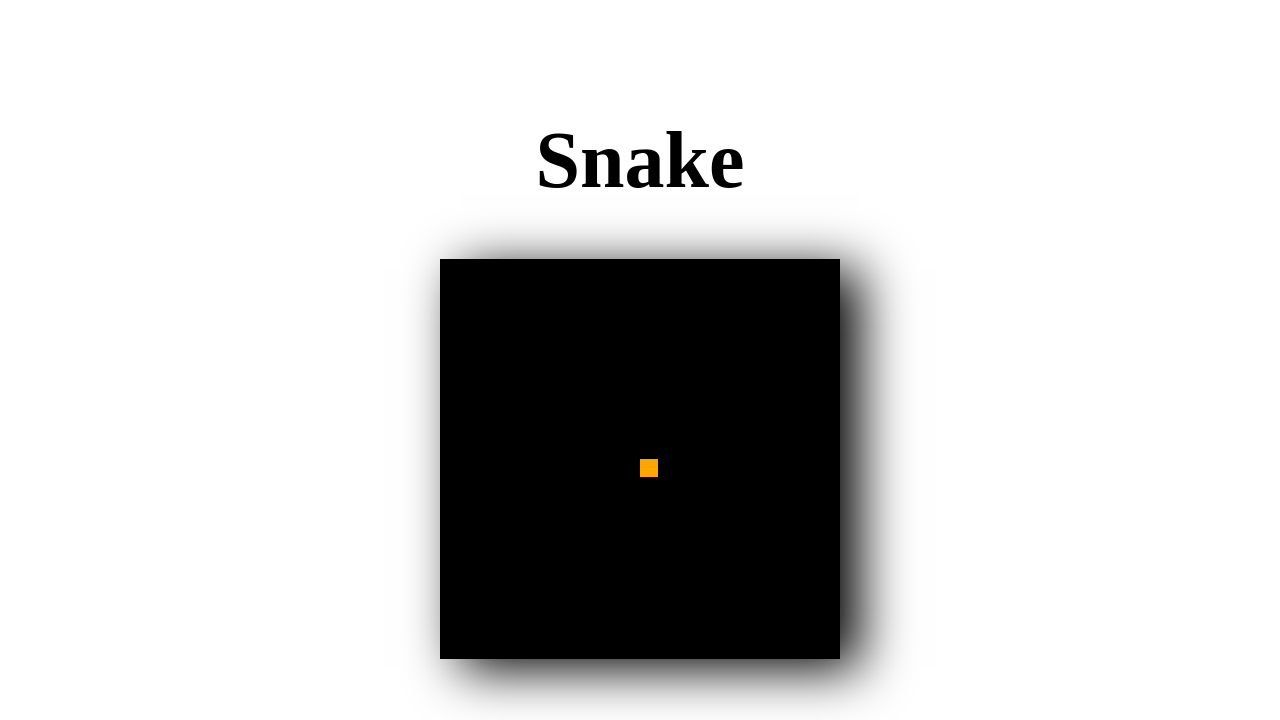
Repository: Ellisvelandia/snake
Page: index.html
An editor plug-in stored every save of this project. The page is shown before and after the next save, followed by the edit.
The browser window is 1280 px wide. The pictures show the whole page.

Above is the page before, as saved 2022-08-26 23:23:48.

### index.html
<!DOCTYPE html>
<html lang="en">
  <head>
    <meta charset="UTF-8" />
    <meta http-equiv="X-UA-Compatible" content="IE=edge" />
    <meta name="viewport" content="width=device-width, initial-scale=1.0" />
    <link rel="stylesheet" href="style.css" />
    <title>Snake</title>
  </head>
  <body>
    <h1>Snake</h1>

    <canvas id="game" width="400" height="400"></canvas>
    <script src="index.js"></script>
  </body>
</html>

### style.css
body {
  margin: 0;
  padding: 0;
  display: flex;
  flex-direction: column;
  justify-content: center;
  align-items: center;
  max-width: 100%;
  height: 100vh;
}

h1 {
  font-size: 5rem;
}
canvas {
  box-shadow: #000 20px 10px 50px;
}

### index.js
const canvas = document.getElementById("game");
const ctx = canvas.getContext("2d");

let speed = 7;

let tileCount = 20;
let tileSize = canvas.width / tileCount - 2;
let headX = 10;
let headY = 10;

let xVelocity=0;
let yVelocity=0;

// game  loop

function drawGame() {
  clearScreen();
  drawSnake();
  setTimeout(drawGame, 1000 / speed);
}

function clearScreen() {
  ctx.fillStyle = "#000";
  ctx.fillRect(0,0, canvas.width, canvas.height);
}

function drawSnake() {
  ctx.fillStyle = "#ffa500	"
  ctx.fillRect(headX * tileCount, headY* tileCount, tileSize,tileSize);
}

document.body.addEventListener('keydown', keyDown);

function keyDown(event) {

}


drawGame();

After the next save:
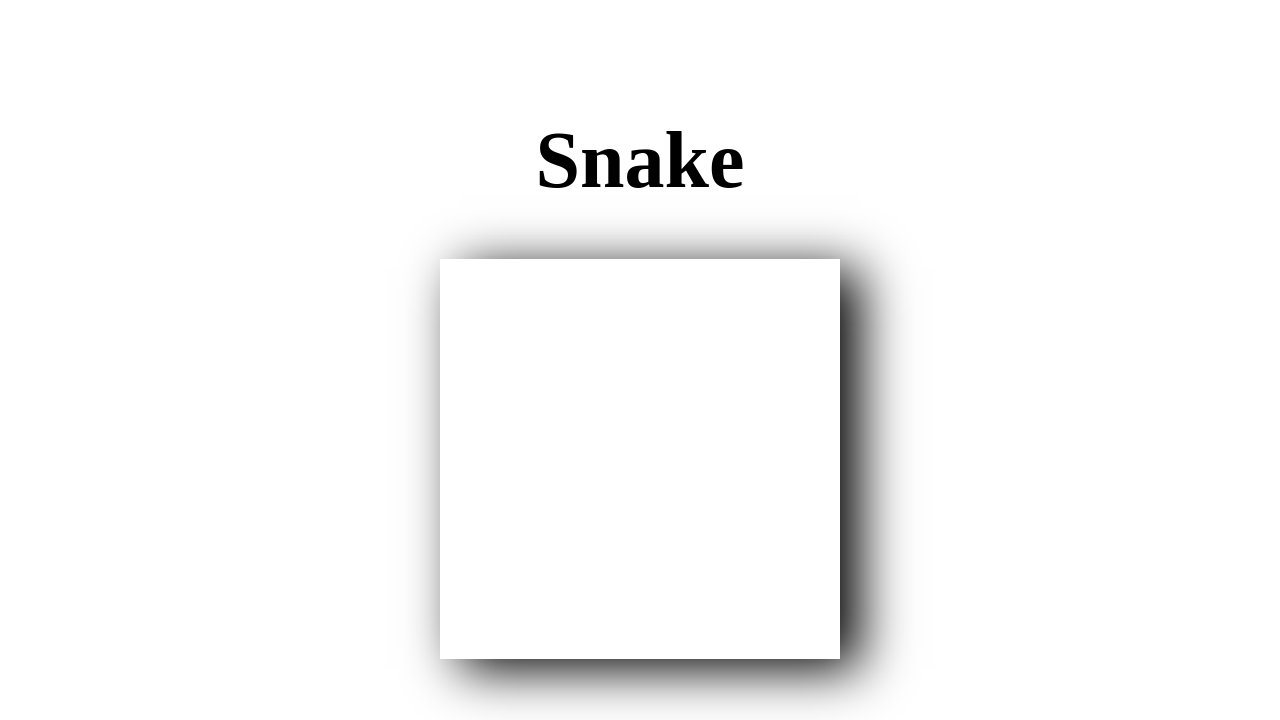
Console error: SyntaxError: Unexpected token '}'
Saved 4 s later.
--- a/index.js
+++ b/index.js
@@ -32,7 +32,7 @@
 document.body.addEventListener('keydown', keyDown);
 
 function keyDown(event) {
-
+  if
 }
 
 

After the 2 saves that followed:
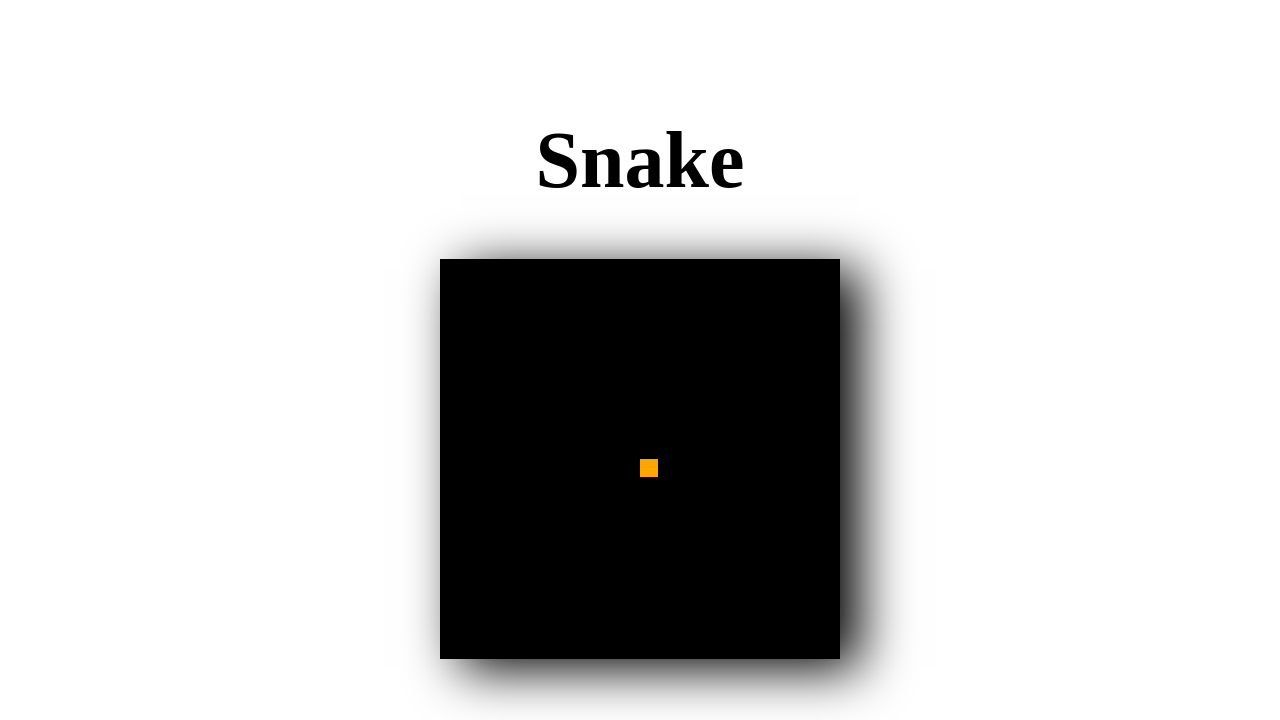
The error is gone.
The 2 saves are shown as one change because 1 left the picture as it was.
The last was saved 10 s later.
--- a/index.js
+++ b/index.js
@@ -32,7 +32,9 @@
 document.body.addEventListener('keydown', keyDown);
 
 function keyDown(event) {
-  if
+  if (event.keyCode ) {
+
+  }
 }
 
 
